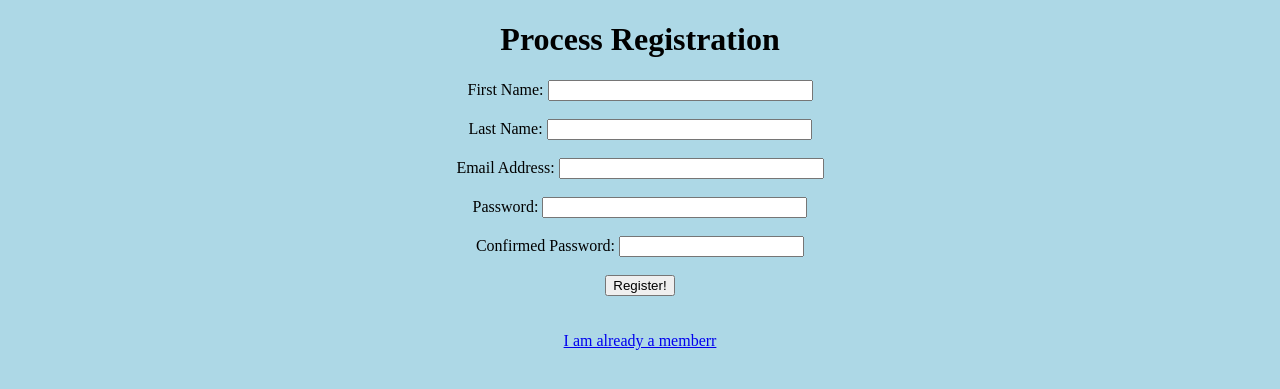
Repository: jedeyejed00/TheGameShaq
Page: http://localhost/ClassWork/ClassAssignment/process_register.php
The author's editor kept a record of every edit. The page is drawn from the files as they stood at one moment, then again after the next edit.
The browser window is 1280 px wide. The pictures show the whole page.
The page is run by PHP 8.4 with error messages shown; the project is at /var/www/html/.

Above is the page before.

### ClassWork/ClassAssignment/process_register.php
<!DOCTYPE html>

<html><head>
<title>Process Registration</title>

    </head>

    <body bgcolor = lightblue><Center>

                <H1>Process Registration</H1>

                <form action ="register.php" method = "POST">

                    <label for ="firstname">First Name:</label>
                    <input type ="firstname" name = "firstName" id="firstname" size="30"> <br><br>

                     <label for ="lastname">Last Name:</label>
                    <input type ="lastname" name = "lastName" id="lastname" size="30"> <br><br>

                    <label for ="email">Email Address:</label>
                    <input type ="email" name = "email" id="email" size="30"> <br><br>

                    <label for ="password">Password:</label>
                    <input type ="password"= name = "password" id ="password" size="30"> <br><br>

                    <label for ="confpassword">Confirmed Password:</label>
                    <input type ="password"= name = "confpassword" id ="confpassword" size="20" ><br> <br>

                    <button> Register!</button> <br><br><br>

                    <a href = login.php>I am already a memberr</a>



                    </form>



</Center></body>

    </html>

After the next edit:
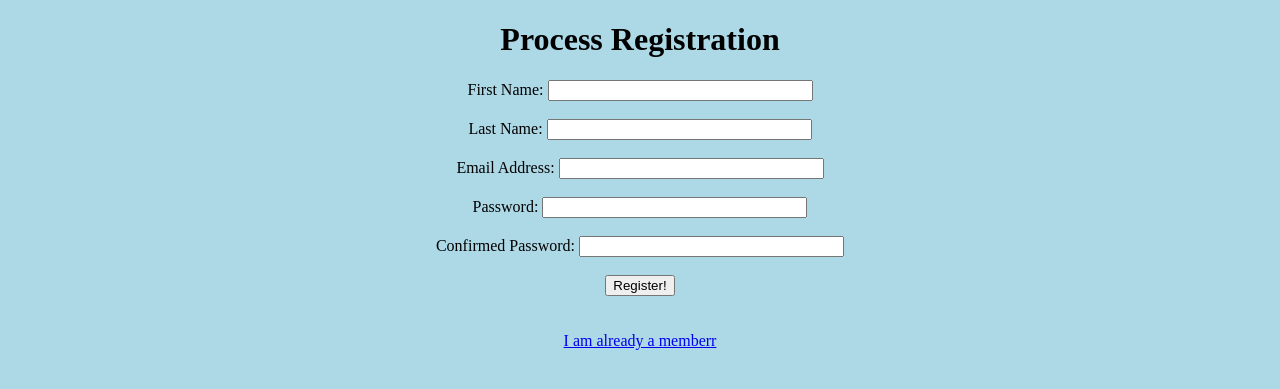
The edit:
--- a/ClassWork/ClassAssignment/process_register.php
+++ b/ClassWork/ClassAssignment/process_register.php
@@ -24,7 +24,7 @@
                     <input type ="password"= name = "password" id ="password" size="30"> <br><br>
 
                     <label for ="confpassword">Confirmed Password:</label>
-                    <input type ="password"= name = "confpassword" id ="confpassword" size="20" ><br> <br>
+                    <input type ="password"= name = "confpassword" id ="confpassword" size="30" ><br> <br>
 
                     <button> Register!</button> <br><br><br>
 
